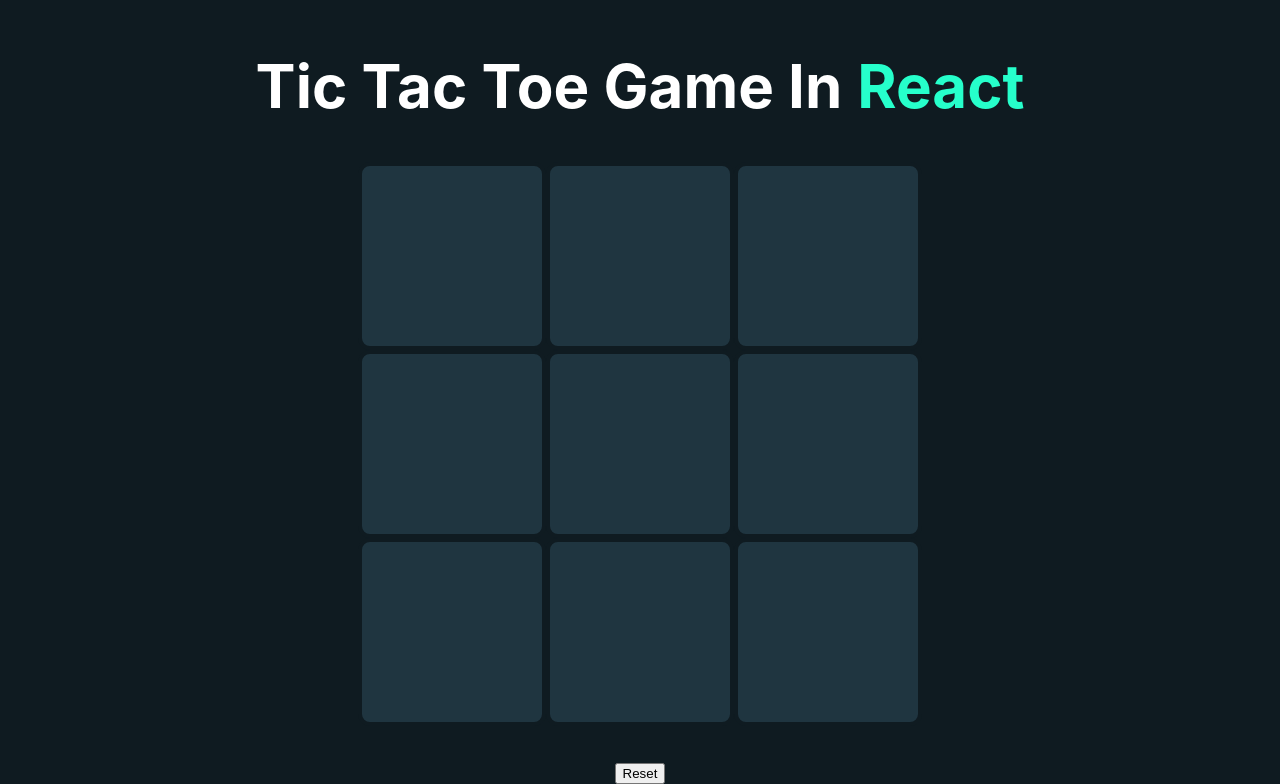
Repository: GigaByte6610/TicTacToe
Page: /
These files come from the project's save history. The page is drawn as it stood at one moment and after the next save; the edit follows.
The browser window is 1280 px wide. The pictures show the whole page.
The project was rebuilt for these pictures with package versions that can differ from the ones it lists, and the page was loaded fresh each time. Also part of the build but not shown: src/App.css.

Above is the page before, as saved 2025-02-01 05:43:43.

### public/index.html
<!DOCTYPE html>
<html lang="en">

<head>
    <meta charset="utf-8" />
    <link rel="icon" href="%PUBLIC_URL%/favicon.ico" />
    <meta name="viewport" content="width=device-width, initial-scale=1" />
    <meta name="theme-color" content="#000000" />
    <meta name="description" content="Web site created using create-react-app" />
    <link rel="apple-touch-icon" href="%PUBLIC_URL%/logo192.png" />
    <!--
      manifest.json provides metadata used when your web app is installed on a
      user's mobile device or desktop. See https://developers.google.com/web/fundamentals/web-app-manifest/
    -->
    <link rel="manifest" href="%PUBLIC_URL%/manifest.json" />
    <!--
      Notice the use of %PUBLIC_URL% in the tags above.
      It will be replaced with the URL of the `public` folder during the build.
      Only files inside the `public` folder can be referenced from the HTML.

      Unlike "/favicon.ico" or "favicon.ico", "%PUBLIC_URL%/favicon.ico" will
      work correctly both with client-side routing and a non-root public URL.
      Learn how to configure a non-root public URL by running `npm run build`.
    -->
    <title>TicTacToe</title>
</head>

<body>
    <noscript>You need to enable JavaScript to run this app.</noscript>
    <div id="root"></div>
    <!--
      This HTML file is a template.
      If you open it directly in the browser, you will see an empty page.

      You can add webfonts, meta tags, or analytics to this file.
      The build step will place the bundled scripts into the <body> tag.

      To begin the development, run `npm start` or `yarn start`.
      To create a production bundle, use `npm run build` or `yarn build`.
    -->
</body>

</html>

### src/index.css
body {
    margin: 0;
    font-family: -apple-system, BlinkMacSystemFont, 'Segoe UI', 'Roboto', 'Oxygen', 'Ubuntu', 'Cantarell', 'Fira Sans', 'Droid Sans', 'Helvetica Neue', sans-serif;
    -webkit-font-smoothing: antialiased;
    -moz-osx-font-smoothing: grayscale;
    background: #0f1B21;
}

code {
    font-family: source-code-pro, Menlo, Monaco, Consolas, 'Courier New', monospace;
}

### src/App.js
import './App.css';
import TicTacToe from './Components/TicTacToe/TicTacToe'; // Ensure the path is correct


function App() {
    return ( <
        div >
        <
        TicTacToe / >
        <
        /div>
    );

}

export default App;

### src/Components/TicTacToe/TicTacToe.jsx
import React, { useRef, useState } from 'react'
import './TicTacToe.css'

import cross from '../Assets/cross.png';
import circle from '../Assets/circle.png';


const TicTacToe = () => {
    let [count,setCount]=useState(0);
    let[lock,setLock]=useState(false);
    let titleRef=useRef(null);
    const [data, setData] = useState(["", "", "", "", "", "", "", "", ""]);
    const toggle = (e,num)=>{
        if(lock){
            return 0;
    }
    let newData = [...data];
    if(count%2===0){
        e.target.innerHtml=`<img src="${cross}" />`;
        newData[num]="X";
        setCount(++count);

    }
    else{
        e.target.innerHtml=`<img src="${circle}" />`;
        newData[num]="0";
        setCount(++count);
    }
    setData(newData);
    checkWin();
}
const checkWin=()=>{
    if(data[0]===data[1] && data[1]===data[2] && data[2]!==""){
        won(data[2]);
    }
    else if(data[3]===data[4] && data[4]===data[5] && data[5]!==""){
        won(data[5]);
    }
    else if(data[6]===data[7] && data[7]===data[8] && data[8]!==""){
        won(data[8]);
    }
    else if(data[0]===data[3] && data[3]===data[6] && data[6]!==""){
        won(data[6]);
    }
    else if(data[1]===data[4] && data[4]===data[7] && data[7]!==""){
        won(data[7]);
    }


    else if(data[2]===data[5] && data[5]===data[8] && data[8]!==""){
        won(data[8]);
    }

    else if(data[0]===data[4] && data[4]===data[8] && data[8]!==""){
        won(data[8]);
    }
    else if(data[2]===data[4] && data[4]===data[6] && data[6]!==""){
        won(data[6]);
    }
    else if(data[0]===data[1] && data[1]===data[2] && data[2]!==""){
        won(data[2]);
    }


}
const won=(winner)=>{
    setLock(true);
    if(winner==="X"){
        titleRef.current.innerHTML=`Congratulations :<img src=${cross} /> Won`;
    }
    else
    {
        titleRef.current.innerHTML=`Congratulations :<img src=${circle} />`;
    }
}
const reset=()=>{
    setLock(false);
    setData(["", "", "", "", "", "", "", "", ""]);
    titleRef.current.innerHTML=`Tic Tac Toe Game In <span>React</span>`;
}

  return (

    <div className='container'>
        <h1 className='title' ref={titleRef}>Tic Tac Toe Game In <span>React</span></h1>
        < div className='board'>
        <div className="row1">
         <div className="boxes" onClick={(e) => toggle(e, 0)}>{data[0] && <img src={data[0] === "X" ? cross : circle} alt={data[0]} />}</div>
          <div className="boxes" onClick={(e) => toggle(e, 1)}>{data[1] && <img src={data[1] === "X" ? cross : circle} alt={data[1]} />}</div>
          <div className="boxes" onClick={(e) => toggle(e, 2)}>{data[2] && <img src={data[2] === "X" ? cross : circle} alt={data[2]} />}</div>
        </div>
        <div className="row2">
          <div className="boxes" onClick={(e) => toggle(e, 3)}>{data[3] && <img src={data[3] === "X" ? cross : circle} alt={data[3]} />}</div>
          <div className="boxes" onClick={(e) => toggle(e, 4)}>{data[4] && <img src={data[4] === "X" ? cross : circle} alt={data[4]} />}</div>
          <div className="boxes" onClick={(e) => toggle(e, 5)}>{data[5] && <img src={data[5] === "X" ? cross : circle} alt={data[5]} />}</div>
        </div>
        <div className="row3">
          <div className="boxes" onClick={(e) => toggle(e, 6)}>{data[6] && <img src={data[6] === "X" ? cross : circle} alt={data[6]} />}</div>
          <div className="boxes" onClick={(e) => toggle(e, 7)}>{data[7] && <img src={data[7] === "X" ? cross : circle} alt={data[7]} />}</div>
          <div className="boxes" onClick={(e) => toggle(e, 8)}>{data[8] && <img src={data[8] === "X" ? cross : circle} alt={data[8]} />}</div>
        </div>
        </div>

        <button className='reset' onClick={()=>{reset()}}>Reset</button>





    </div>
  )
}

export default TicTacToe;

### src/Components/TicTacToe/TicTacToe.css
.container {
    text-align: center;
}

.title {
    margin-top: 50px;
    color: white;
    font-size: 60px;
    display: flex;
    justify-content: center;
    align-items: center;
}

.title span {
    color: #26ffcb;
    padding-left: 15px;
}

.boxes {
    display: flex;
    height: 180px;
    width: 180px;
    background: #1f3540;
    border: 4px solid #0f1b21;
    border-radius: 12px;
    cursor: pointer;
}

.board {
    height: 600px;
    width: 564px;
    display: flex;
    margin: auto;
}

.boxes img {
    margin: 50px 50px;
}

.title img {
    padding: 20px 20px;
    height: 50px;
}

Loaded but not shown: src/index.js (common file); src/reportWebVitals.js (common file)

After the next save:
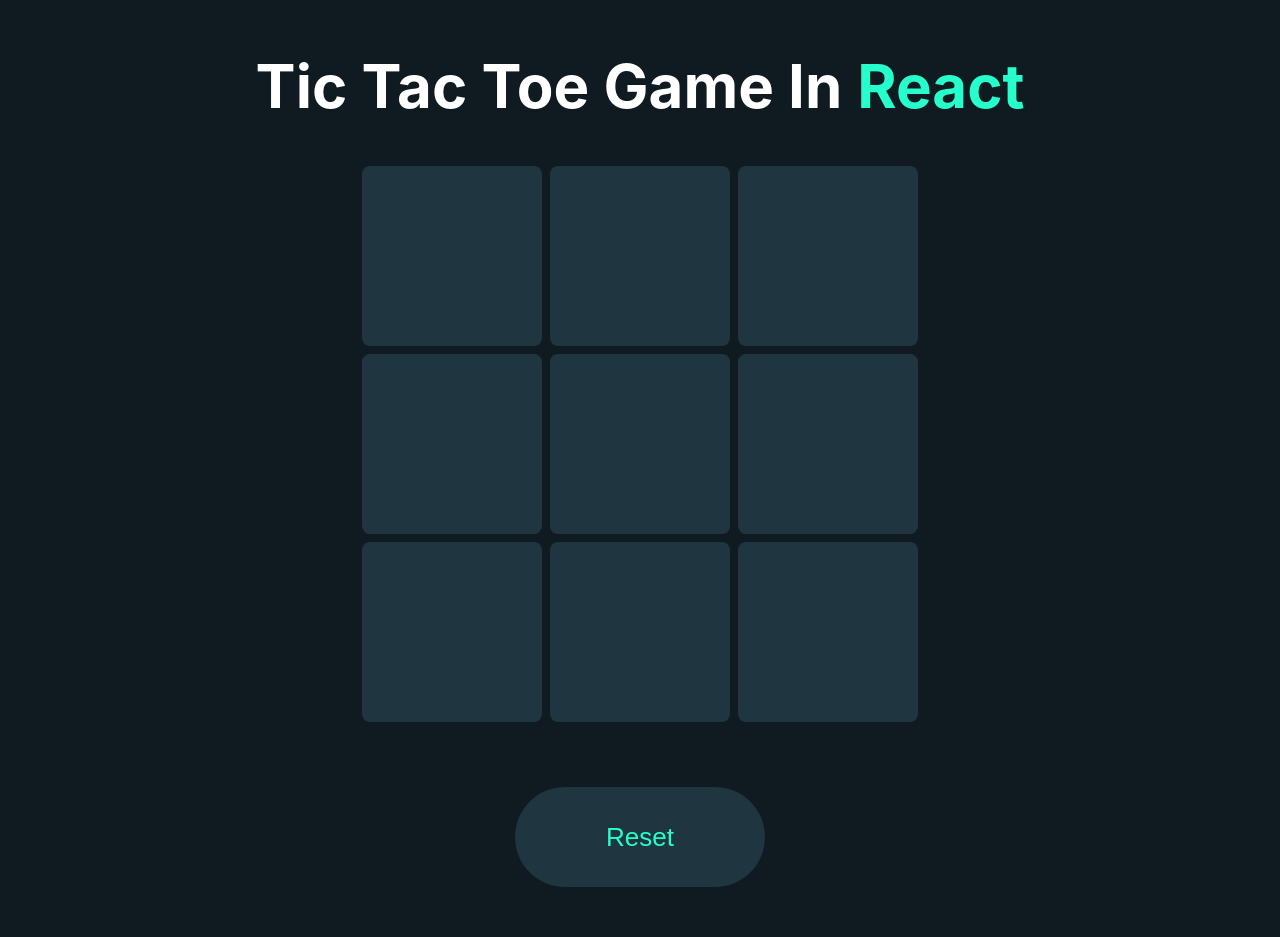
Saved 8 min 55 s later.
--- a/src/Components/TicTacToe/TicTacToe.css
+++ b/src/Components/TicTacToe/TicTacToe.css
@@ -41,3 +41,17 @@
     padding: 20px 20px;
     height: 50px;
 }
+
+.reset {
+    width: 250px;
+    height: 100px;
+    border: none;
+    outline: none;
+    cursor: pointer;
+    border-radius: 50px;
+    background: #1f3540;
+    font-size: 26px;
+    color: #26ffcb;
+    margin-top: 25px;
+    margin-bottom: 50px;
+}
